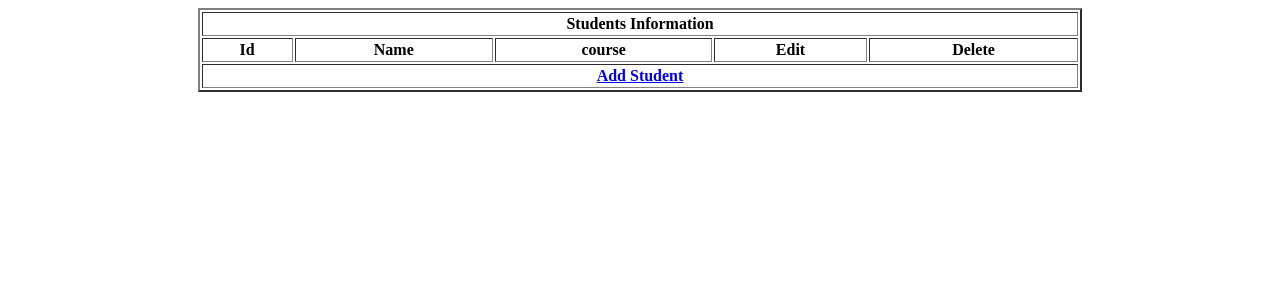
Repository: RameshMamidipelly/springMvc
Page: http://localhost/MVCcurd/allStudents
An editor plug-in stored every save of this project. The page is shown before and after the next save, followed by the edit.
The browser window is 1280 px wide. The pictures show the whole page.
The page is served by Tomcat 9. Other server files are loaded and not shown. Queries for data that is not in the repository find no rows.

Above is the page before, as saved 2020-03-06 07:32:11.

### MVCcurd/src/main/webapp/WEB-INF/jsp/result.jsp
<%@ page language="java" contentType="text/html; charset=ISO-8859-1"
    pageEncoding="ISO-8859-1" isELIgnored="false"%>
    <%@ taglib prefix="c" uri="http://java.sun.com/jsp/jstl/core"  %>
<!DOCTYPE html PUBLIC "-//W3C//DTD HTML 4.01 Transitional//EN" "http://www.w3.org/TR/html4/loose.dtd">
<html>
<head>
<meta http-equiv="Content-Type" content="text/html; charset=ISO-8859-1">
<title>Insert title here</title>
</head>
<body>
<table  border="2" align="center" width="70%" cellpadding="2">
<tr><th  colspan="5"><b>Students Information</b></th></tr>
<tr>
<th>Id</th>
<th>Name</th>
<th>course</th>
<th>Edit</th>
<th>Delete</th>
</tr>
<c:forEach var="ls" items="${st}">
<tr align="center">
<td>${ls.id}</td>
<td>${ls.name}</td>
<td>${ls.course}</td>
<td><a href="./edit/${ls.id}">edit</a></td>
<td><a href="./delete/${ls.id}">delete</a></td>
</tr>
</c:forEach>
<tr><th  colspan="5"><a href="./insertpage"><b>Add Student</b></a></th></tr>
</table>
</body>
</html>

### MVCcurd/src/main/java/dao/EmpDao.java
package dao;

import java.sql.PreparedStatement;
import java.sql.ResultSet;
import java.sql.SQLException;
import java.util.List;

import org.springframework.jdbc.core.BeanPropertyRowMapper;
import org.springframework.jdbc.core.JdbcTemplate;
import org.springframework.jdbc.core.PreparedStatementSetter;
import org.springframework.jdbc.core.RowMapper;
import org.springframework.stereotype.Repository;

import bean.Student;

@Repository
public class EmpDao implements DaoInterface {

	JdbcTemplate jt;

	public JdbcTemplate getJt() {
		return jt;
	}

	public void setJt(JdbcTemplate jt) {
		this.jt = jt;
	}

	public List<Student> getAllStudents() {
		String sql = "select *from Student Order By id asc";
		return this.jt.query(sql, new RowMapper<Student>() {
			public Student mapRow(ResultSet rs, int num) throws SQLException {
				Student st = new Student();
				st.setId(rs.getInt(1));
				st.setName(rs.getString(2));
				st.setCourse(rs.getString(3));
				return st;
			}
		});
	}

	public String save(final Student s) {
		String sql = "insert into student values(?,?,?)";
		this.jt.update(sql, new PreparedStatementSetter() {

			public void setValues(PreparedStatement ps) throws SQLException {
				ps.setInt(1, s.getId());
				ps.setString(2, s.getName());
				ps.setString(3, s.getCourse());
			}
		});
		return "results";

	}

	public String editStudent( Student s) {
	/*	String sql = "update table Student set name=?,course=? where id=?";*/
		int i = this.jt.update("update student set name='"+s.getName()+"',course='"+s.getCourse()+"' where id="+s.getId());

		/*String sql="update student set name=?,course=? where id=?";
			int i=jt.update(sql, new Object[]{s.getName(),s.getCourse(),s.getId()});
		*/
		System.out.println("edit stu........st............."+i);
		return "eiii";
	}

	public int deleteStudent(int id) {
		int i = this.jt.update("delete from Student where id=" + id);
		return i;
	}

	public Student getStudentId(int id) {
		String sql = "select *from Student where id=?";
		return this.jt.queryForObject(sql, new Object[] { id }, new BeanPropertyRowMapper<Student>(Student.class));
	}
}

After the next save:
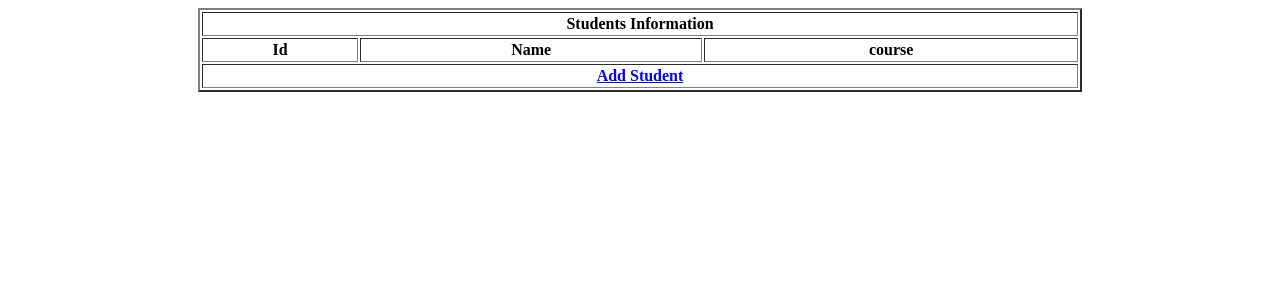
Saved 12 s later.
--- a/MVCcurd/src/main/webapp/WEB-INF/jsp/result.jsp
+++ b/MVCcurd/src/main/webapp/WEB-INF/jsp/result.jsp
@@ -14,16 +14,12 @@
 <th>Id</th>
 <th>Name</th>
 <th>course</th>
-<th>Edit</th>
-<th>Delete</th>
 </tr>
 <c:forEach var="ls" items="${st}">
 <tr align="center">
 <td>${ls.id}</td>
 <td>${ls.name}</td>
 <td>${ls.course}</td>
-<td><a href="./edit/${ls.id}">edit</a></td>
-<td><a href="./delete/${ls.id}">delete</a></td>
 </tr>
 </c:forEach>
 <tr><th  colspan="5"><a href="./insertpage"><b>Add Student</b></a></th></tr>
